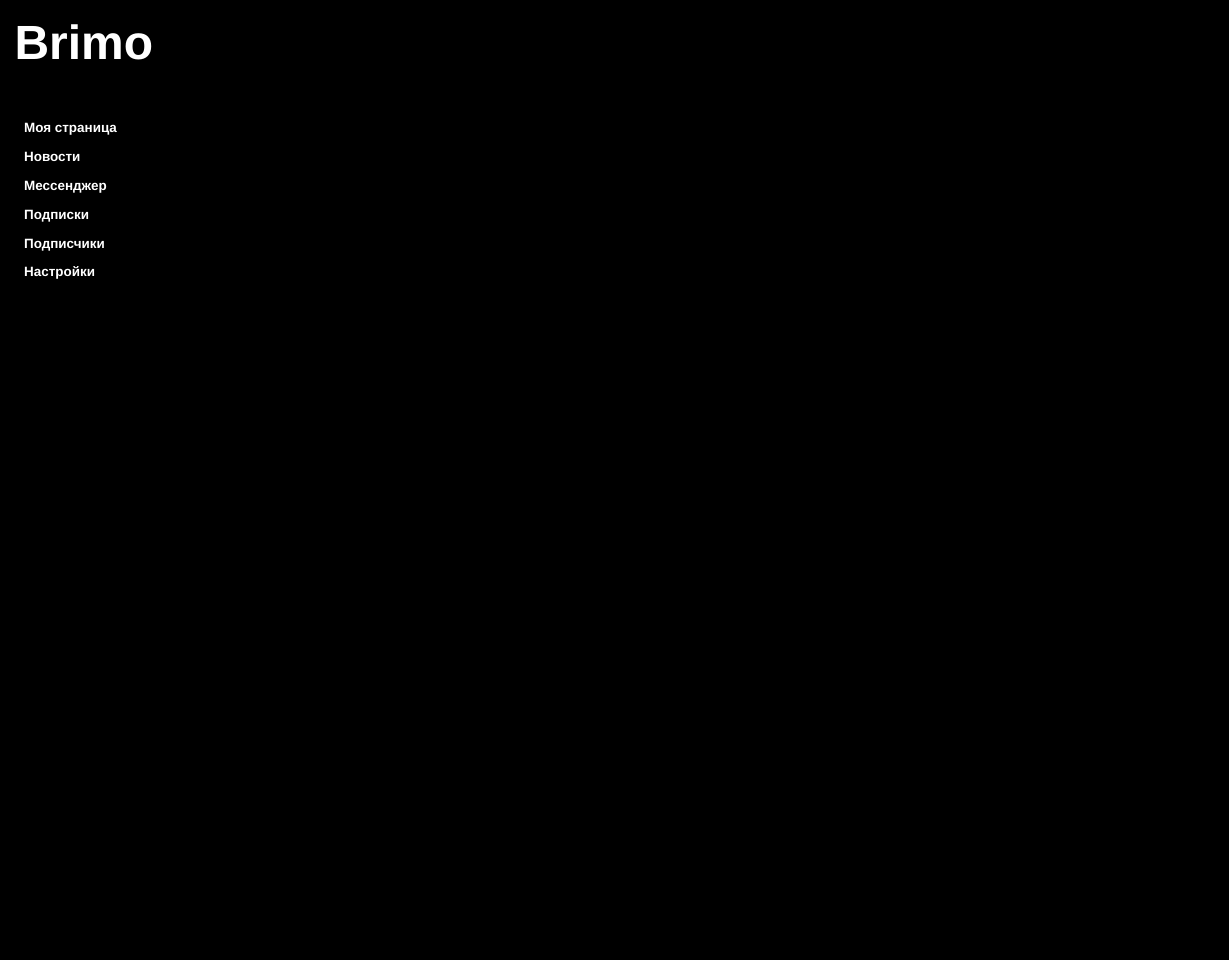
Repository: MaksimKrupkin/socialNetwork
Page: / (app in frontend/socialNetworkFrontend/)
The author's editor kept a copy of each file at every save. The page is drawn from the files as they stood at one save, then again after the next save.
The browser window is 1280 px wide. The pictures show the whole page, at 96% of full size.
The project was rebuilt for these pictures with package versions that can differ from the ones it lists, and the page was loaded fresh each time. Also part of the build but not shown: frontend/socialNetworkFrontend/vite.config.js, frontend/socialNetworkFrontend/src/index.css, frontend/socialNetworkFrontend/src/Components/NavItem/NavItem.module.scss.

Above is the page before, as saved 2024-11-27 19:25:30.

After the next save:
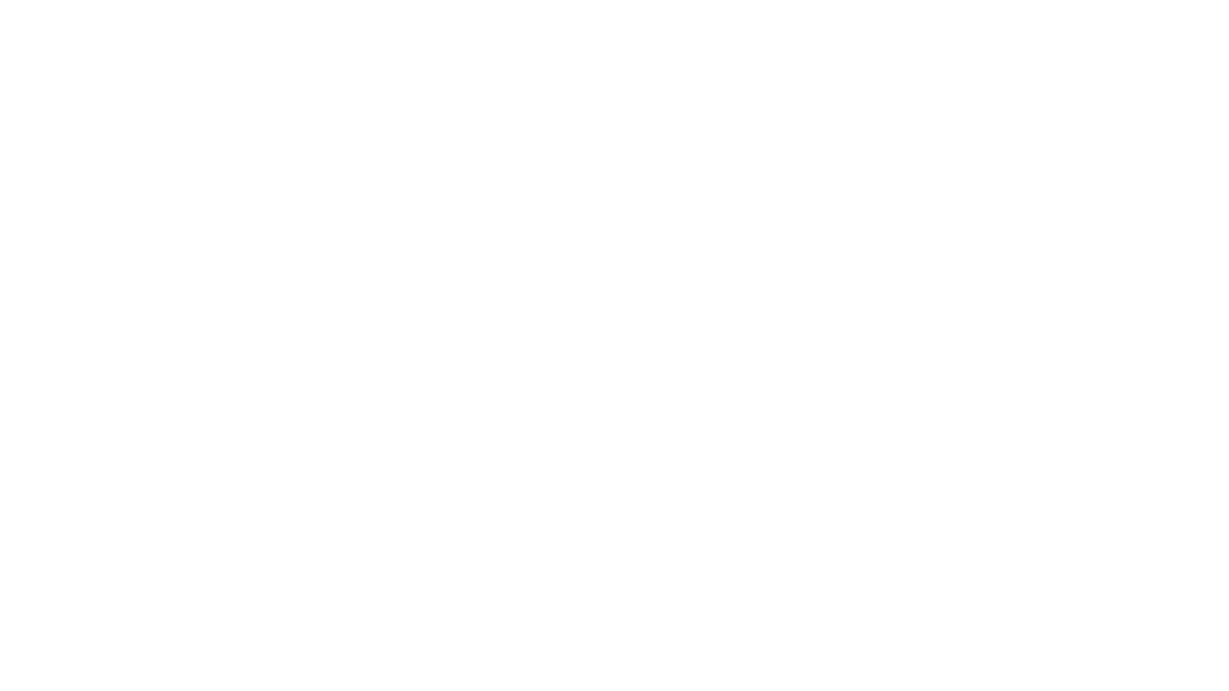
Console error: ReferenceError: styles is not defined
Saved 15 s later.
--- a/frontend/socialNetworkFrontend/src/Pages/MainPage/MainPage.jsx
+++ b/frontend/socialNetworkFrontend/src/Pages/MainPage/MainPage.jsx
@@ -9,7 +9,7 @@ function MainPage() {
         <div className={styles.logo}>Brimo</div>
       </header>
       <nav className={styles.nav_wpapper}>
-        <span className={styles.nav_item}>Моя страница</span>
+        <NavItem />
         <span className={styles.nav_item}>Новости</span>
         <span className={styles.nav_item}>Мессенджер</span>
         <span className={styles.nav_item}>Подписки</span>

After the save that followed:
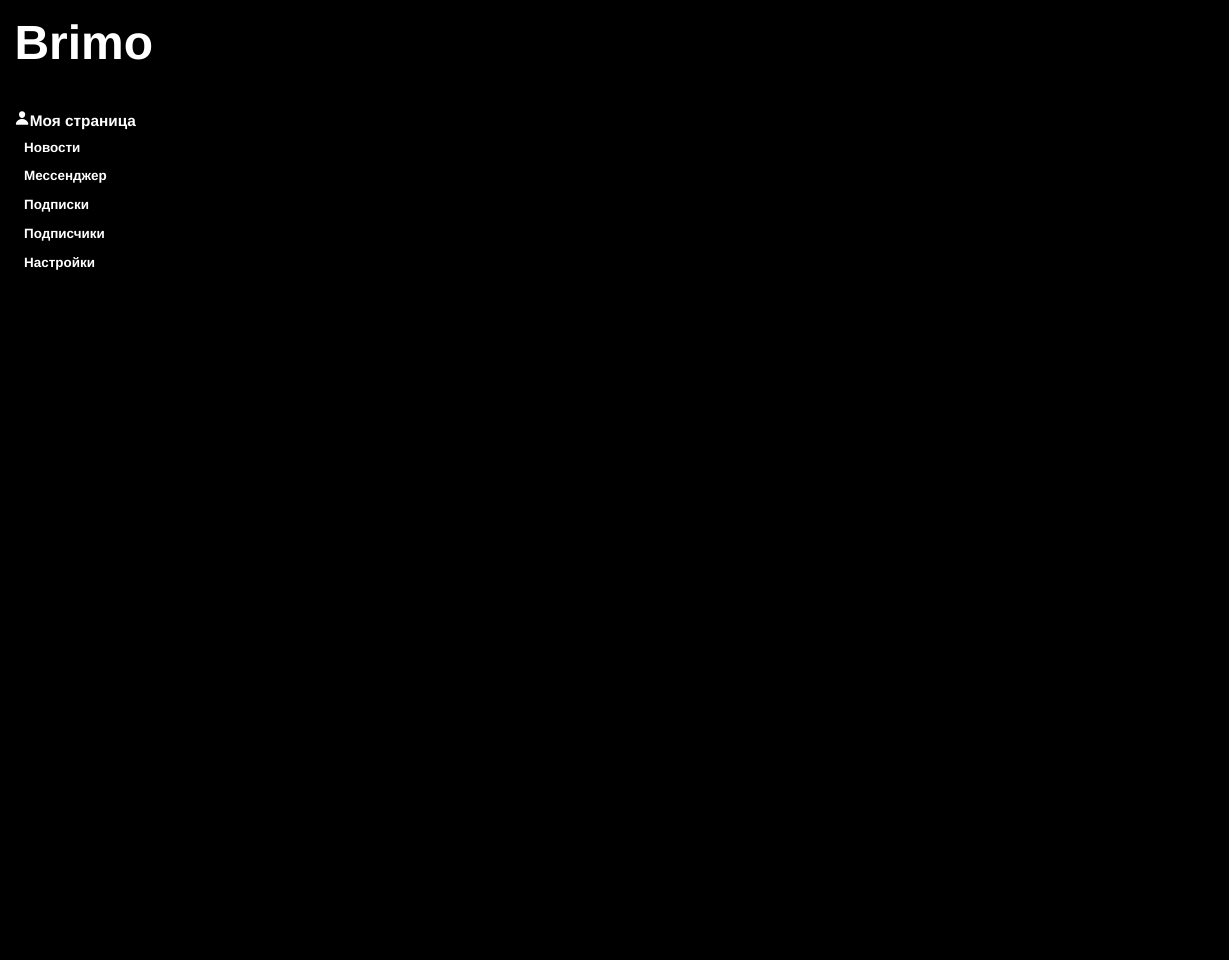
The error is gone.
Saved 27 s later.
--- a/frontend/socialNetworkFrontend/src/Components/NavItem/NavItem.jsx
+++ b/frontend/socialNetworkFrontend/src/Components/NavItem/NavItem.jsx
@@ -1,5 +1,6 @@
 import React from 'react';
 import { IoPerson } from 'react-icons/io5';
+import styles from './NavItem.module.scss';
 
 const NavItem = () => {
   return (
